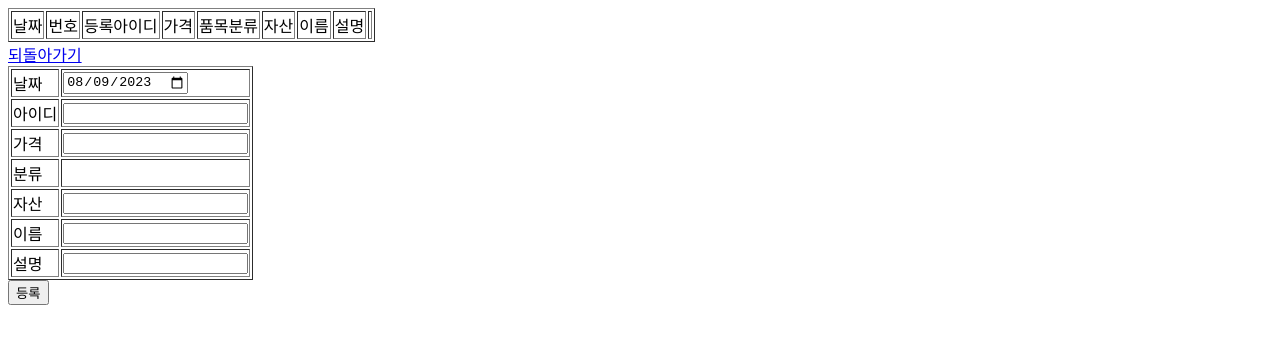
Repository: hdk8572/kh_MoneyManager
Page: http://localhost/Semi_backup/user/main
These files come from the project's save history. The page is drawn as it stood at one moment and after the next save; the edit follows.
The browser window is 1280 px wide. The pictures show the whole page.
The page is served by Tomcat 9. Queries for data that is not in the repository find no rows.

Above is the page before, as saved 2023-08-10 12:24:27.

After the next save:
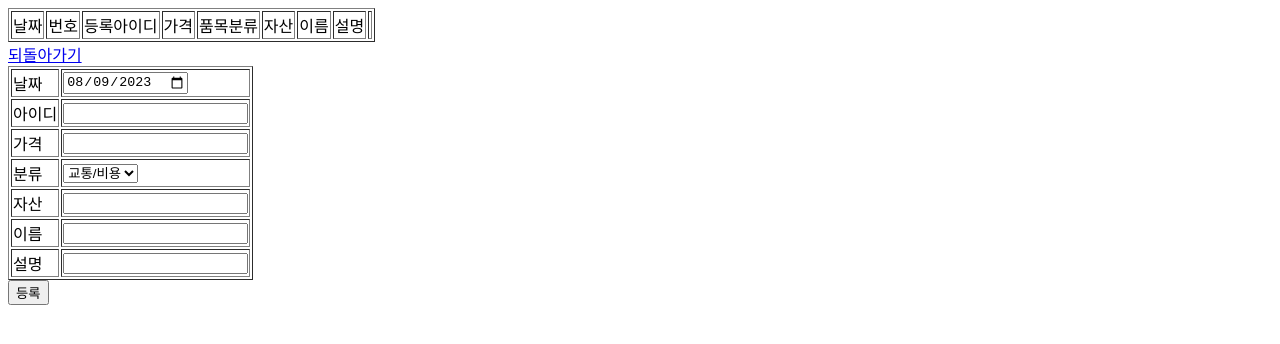
Saved 65 s later.
--- a/Semi_backup/src/main/webapp/WEB-INF/user/main.jsp
+++ b/Semi_backup/src/main/webapp/WEB-INF/user/main.jsp
@@ -65,10 +65,10 @@
 			</tr> -->
 			<tr>
 				<td>분류</td>
-				<td>
+				<td><select>
 				<!-- <input type="text" name="category" > -->
-
-				</td>
+				<option>교통/비용</option>
+				</select></td>
 			</tr>
 			<tr>
 				<td>자산</td>
